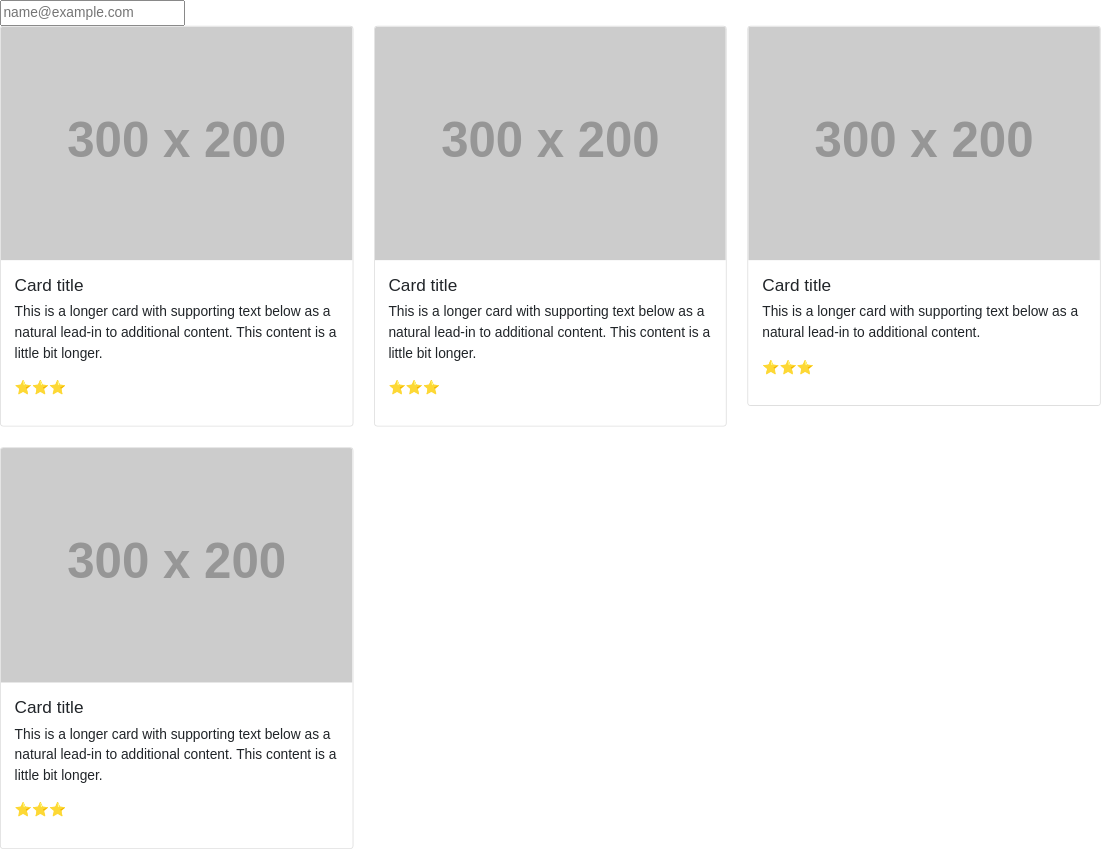
Repository: sinayaka-body/sparta
Page: frontend/bootstrap.html
The author's editor kept a copy of each file at every save. The page is drawn from the files as they stood at one save, then again after the next save.
The browser window is 1280 px wide. The page is 1292 px wide, so the pictures cover 1292 px, including what lies to the right of the window. The pictures show the part of the page from y = 250 to 1490 px (the page is 1237 px tall before and 1490 px after), at 86% of full size.
Some web fonts or font styles are not loaded; a fallback is used.

Above is the page before, as saved 2023-04-15 16:28:33.

After the next save:
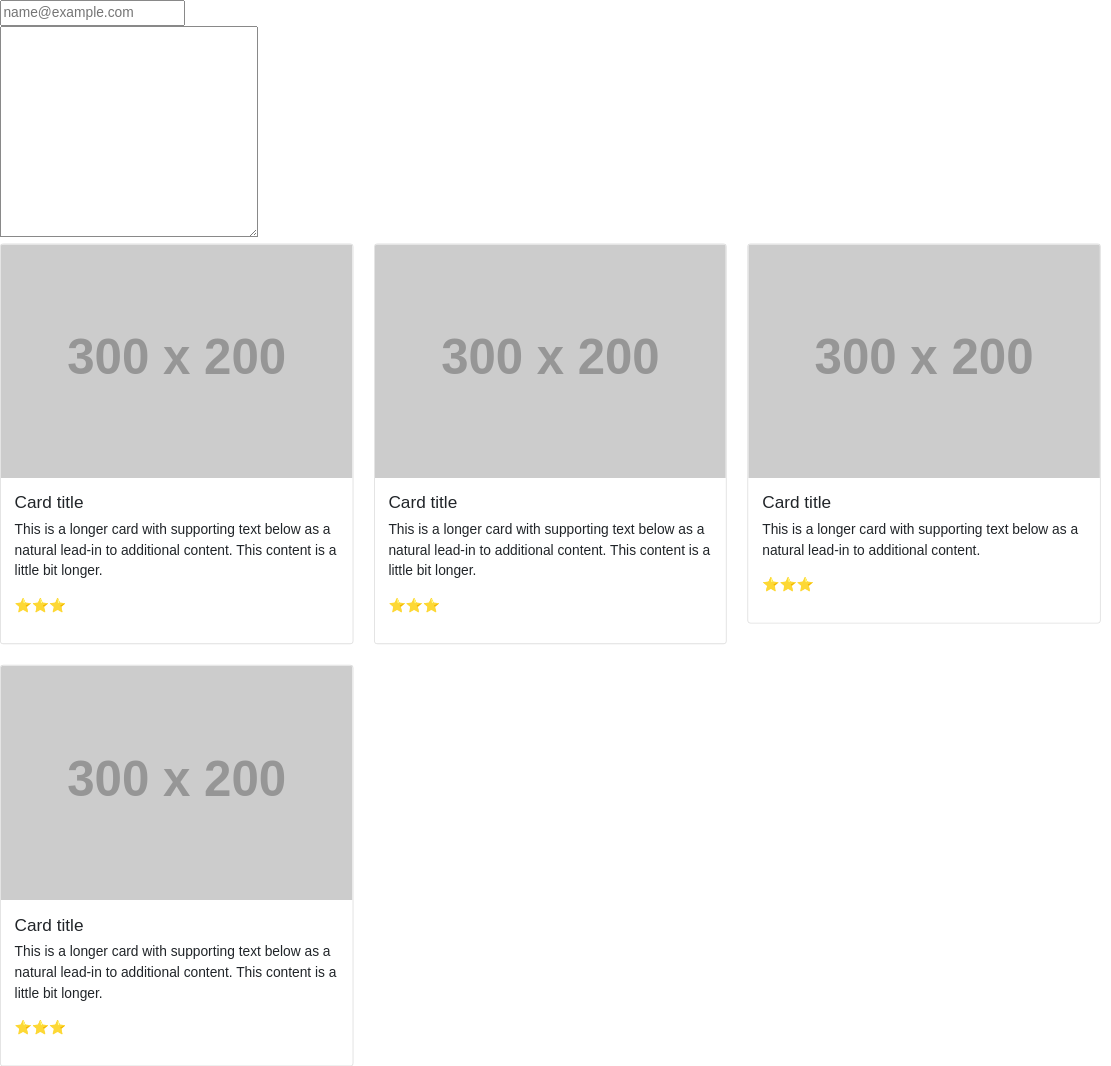
Saved 80 s later.
--- a/frontend/bootstrap.html
+++ b/frontend/bootstrap.html
@@ -63,7 +63,9 @@
         <input type="email" placeholder="name@example.com" />
         <label for=""></label>
       </div>
-      <div class="review_post_comment"></div>
+      <div class="review_post_comment">
+        <textarea name="" id="" cols="30" rows="10"></textarea>
+      </div>
       <div class="review_post_btn"></div>
     </div>
 
@@ -75,6 +77,7 @@
             <h5 class="card-title">Card title</h5>
             <p class="card-text">This is a longer card with supporting text below as a natural lead-in to additional content. This content is a little bit longer.</p>
             <p>⭐⭐⭐</p>
+            <p style="color: red"></p>
           </div>
         </div>
       </div>
@@ -85,6 +88,7 @@
             <h5 class="card-title">Card title</h5>
             <p class="card-text">This is a longer card with supporting text below as a natural lead-in to additional content. This content is a little bit longer.</p>
             <p>⭐⭐⭐</p>
+            <p style="color: red"></p>
           </div>
         </div>
       </div>
@@ -95,6 +99,7 @@
             <h5 class="card-title">Card title</h5>
             <p class="card-text">This is a longer card with supporting text below as a natural lead-in to additional content.</p>
             <p>⭐⭐⭐</p>
+            <p style="color: red"></p>
           </div>
         </div>
       </div>
@@ -105,6 +110,7 @@
             <h5 class="card-title">Card title</h5>
             <p class="card-text">This is a longer card with supporting text below as a natural lead-in to additional content. This content is a little bit longer.</p>
             <p>⭐⭐⭐</p>
+            <p style="color: red"></p>
           </div>
         </div>
       </div>
